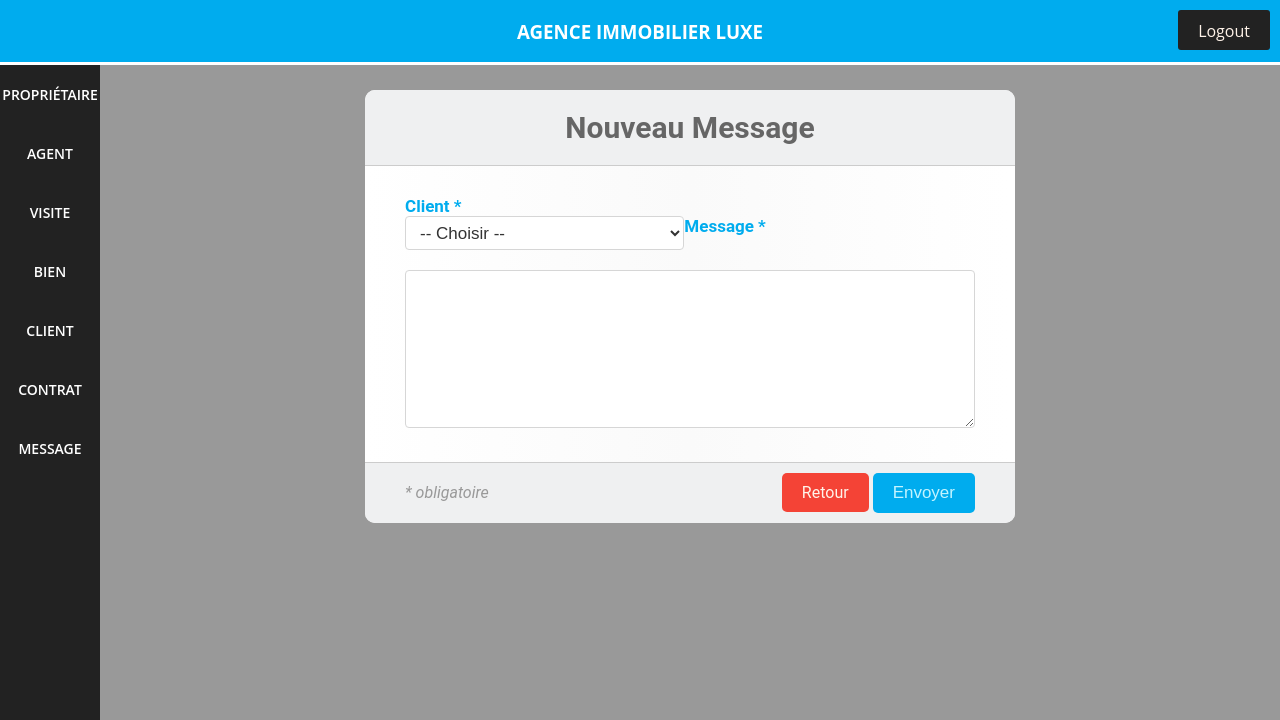
Repository: hassen-mnejja/Real_Estate_Agency_Website
Page: http://localhost/backoffice/WEB-INF/messageecrire.jsp
An editor plug-in stored every save of this project. The page is shown before and after the next save, followed by the edit.
The browser window is 1280 px wide. The pictures show the whole page.
Some icons come from a web library that is not loaded, so they are not drawn. The page is served by Tomcat 9. Nobody is signed in. The template is opened directly, without the code that normally fills it, so the values that code supplies are empty.

Above is the page before, as saved 2020-06-24 09:50:02.

After the next save:
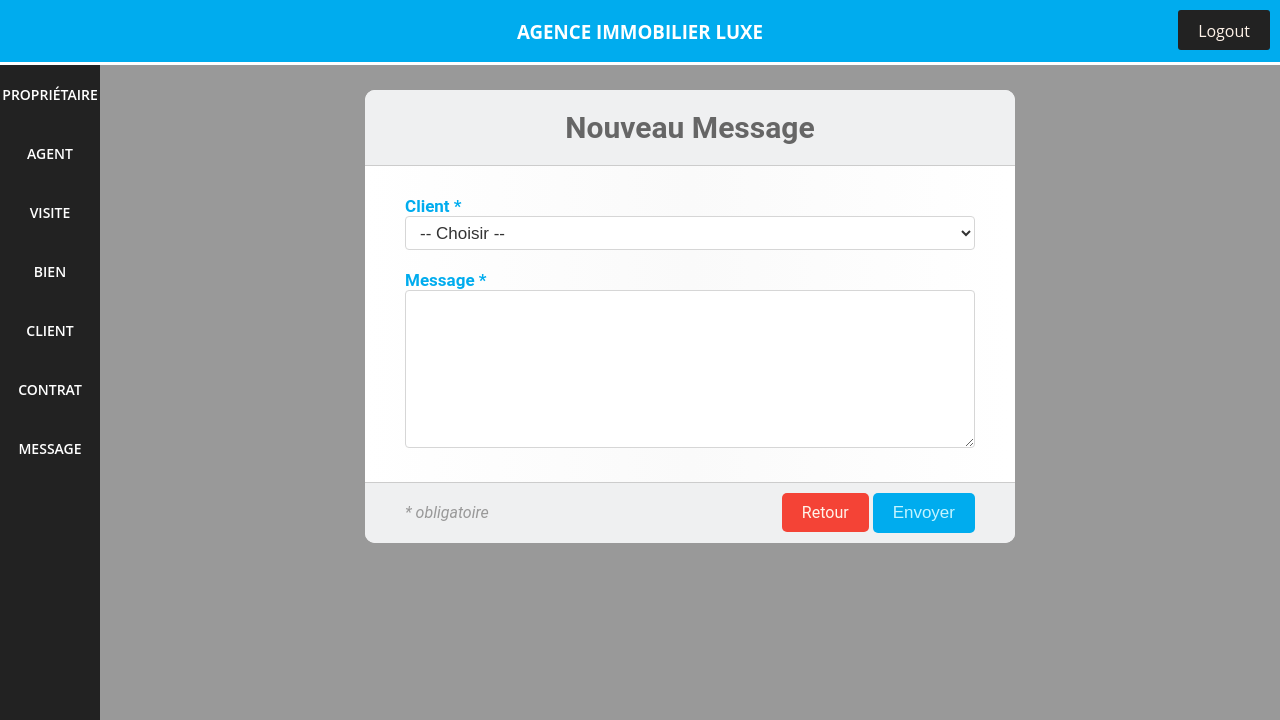
Saved 75 s later.
--- a/backoffice/WebContent/WEB-INF/messageecrire.jsp
+++ b/backoffice/WebContent/WEB-INF/messageecrire.jsp
@@ -43,7 +43,7 @@ a.log {
 
 				<!-- Nom et Prenom -->
 				<div class="horizontal-group">
-					<div class="form-group left">
+					<div class="form-group left" style="width:100%">
 						<label for="nom" class="label-title">Client *</label> <select id="idclient" name="idclient" class="form-input" required="required">
 							<option disabled selected value="">-- Choisir --</option>
 							<c:forEach var="client" items="${clients}">
@@ -51,11 +51,8 @@ a.log {
 							</c:forEach>
 						</select>
 					</div>
-					<div class="form-group right" >
-						<input type="hidden" id="temps" class="form-input" name="temps" placeholder="Numero"  />
-					</div>
 				</div>
-
+				<input type="hidden" id="temps" class="form-input" name="temps" placeholder="Numero"  />
 				<!-- Adresse -->
 				<div class="form-group">
 					<br> <label for="adress" class="label-title">Message *</label>
